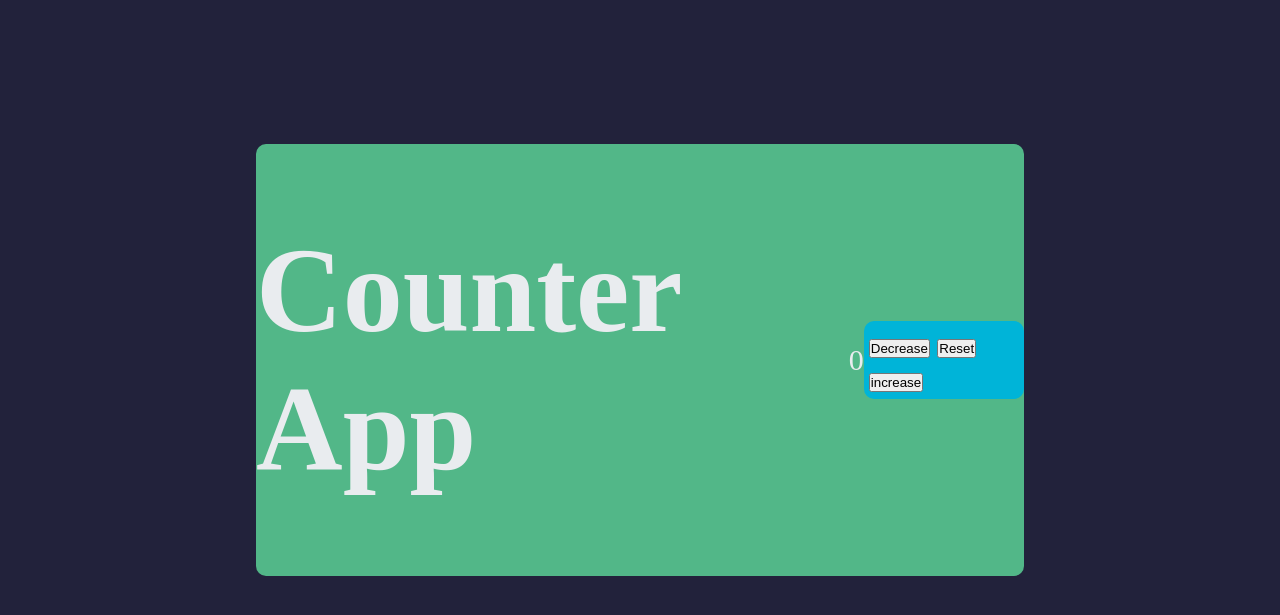
Repository: Yuukicoder/basicProject
Page: project2.html
The author's editor kept a copy of each file at every save. The page is drawn from the files as they stood at one save, then again after the next save.
The browser window is 1280 px wide. The pictures show the whole page.
Some web fonts or font styles are not loaded; a fallback is used.

Above is the page before, as saved 2023-02-24 17:09:52.

### project2.html
<!DOCTYPE html>
<html lang="en">
  <head>
    <meta charset="UTF-8" />
    <meta http-equiv="X-UA-Compatible" content="IE=edge" />
    <meta name="viewport" content="width=device-width, initial-scale=1.0" />
    <title>Counter App</title>
    <link
      rel="shortcut icon"
      href="https://cdn-icons-png.flaticon.com/512/6134/6134688.png"
      type="image/x-icon"
    />
    <link rel="stylesheet" href="assets/css/project2.css" />
  </head>
  <body>
    <section class="box">
      <h1>Counter App</h1>
      <p class="counter-preview">0</p>
      <div class="buttons" id="allBtns">
        <button class="decrement" id="decrement">Decrease</button>
        <button class="reset" id="reset">Reset</button>
        <button class="increment" id="increment">increase</button>
      </div>
    </section>
    <script src="assets/js/project2.js"></script>
  </body>
</html>

### assets/css/project2.css
@import url("https://fonts.googleapis.com/css2?family=Arima:wght@100;200;300;400;500;700&display=swap");
* {
  margin: 0;
  padding: 0;
  box-sizing: border-box;
  /* border: 1px solid black; */
}
:root {
  --button: #00b4d8;
  --text: #e9ecef;
}
body {
  background-color: #22223b;
  height: 100vh;
  width: 100vw;
  display: flex;
  align-items: center;
  justify-content: center;
}
.box {
  width: 60%;
  height: 60%;
  background-color: #52b788;
  display: flex;
  align-items: center;
  justify-content: center;
  border-radius: 10px;
}
h1,
p {
  color: var(--text);
}
h1 {
  font-family: Arima;
  font-size: 120px;
  display: block;
}
p {
  display: block;
  font-size: 30px;
}
.buttons {
  /* display: block; */
  background-color: var(--button);
  color: var(--text);
  font-family: Arima;
  font-size: 30px;
  border: none;
  border-radius: 10px;
  padding: 5px 5px;
}

### assets/js/project2.js
const display = document.querySelector('.counter-preview');
const allBtns = document.querySelector('#allBtns');
allBtns.addEventListener('click',counter);
var value = 0;
function counter(x) {
    const btn = x.target.id;
    if(btn === 'increment'){
        value += 1;
    }
    else if(btn === 'decrement'){
        value -= 1;
    }
    else value = 0;
    display.textContent = value;
}

After the next save:
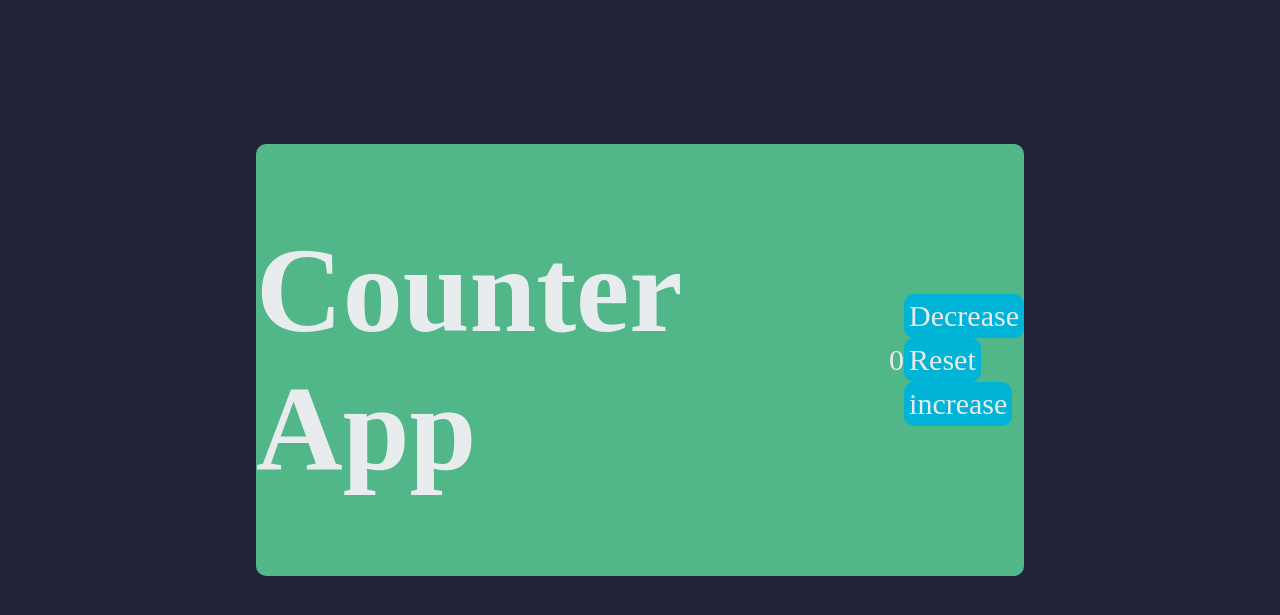
Saved 5 s later.
--- a/assets/css/project2.css
+++ b/assets/css/project2.css
@@ -39,8 +39,8 @@ p {
   display: block;
   font-size: 30px;
 }
-.buttons {
-  /* display: block; */
+button {
+  display: block;
   background-color: var(--button);
   color: var(--text);
   font-family: Arima;
